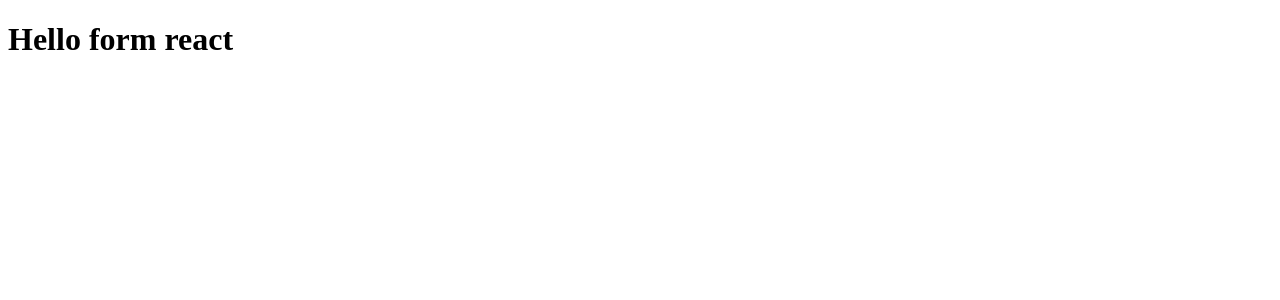
Repository: GAUTAM2349/NamasteReact
Page: index.html
These files come from the project's save history. The page is drawn as it stood at one moment and after a run of saves; the edit follows.
The browser window is 1280 px wide. The pictures show the whole page.

Above is the page before, as saved 2024-01-04 02:04:13.

After the next 11 saves:
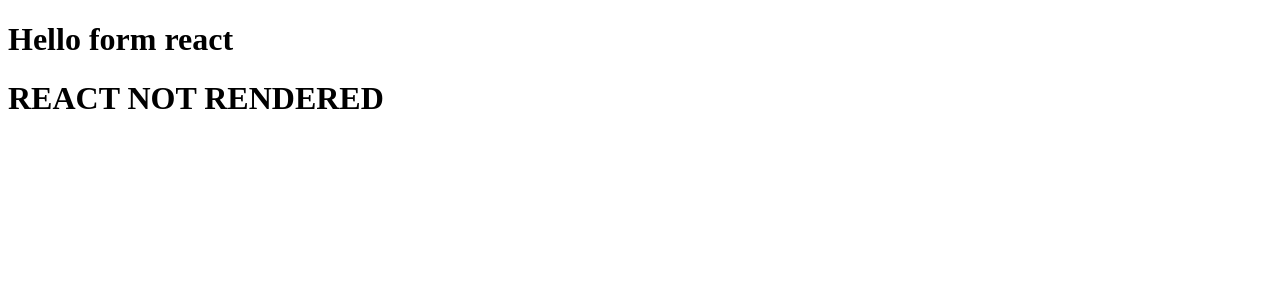
The 11 saves are shown as one change because they came seconds apart.
The last was saved 20 h 3 min later.
--- a/index.html
+++ b/index.html
@@ -10,7 +10,7 @@
   <body>
 
     <div class="root" id="root"></div>
-    <!-- <h1>Namaste React Course</h1> -->
+    <h1>REACT NOT RENDERED</h1>
 
     <script>
       let root = ReactDOM.createRoot(document.getElementById("root"));

After the 2 saves that followed:
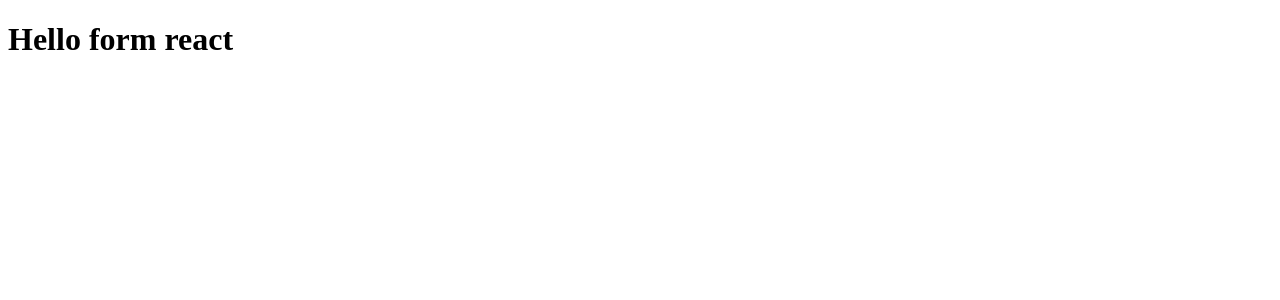
The 2 saves are shown as one change because they came seconds apart.
The last was saved 31 s later.
--- a/index.html
+++ b/index.html
@@ -9,8 +9,10 @@
   </head>
   <body>
 
-    <div class="root" id="root"></div>
-    <h1>REACT NOT RENDERED</h1>
+    <div class="root" id="root">
+      <h1>REACT NOT RENDERED</h1>
+    </div>
+
 
     <script>
       let root = ReactDOM.createRoot(document.getElementById("root"));
